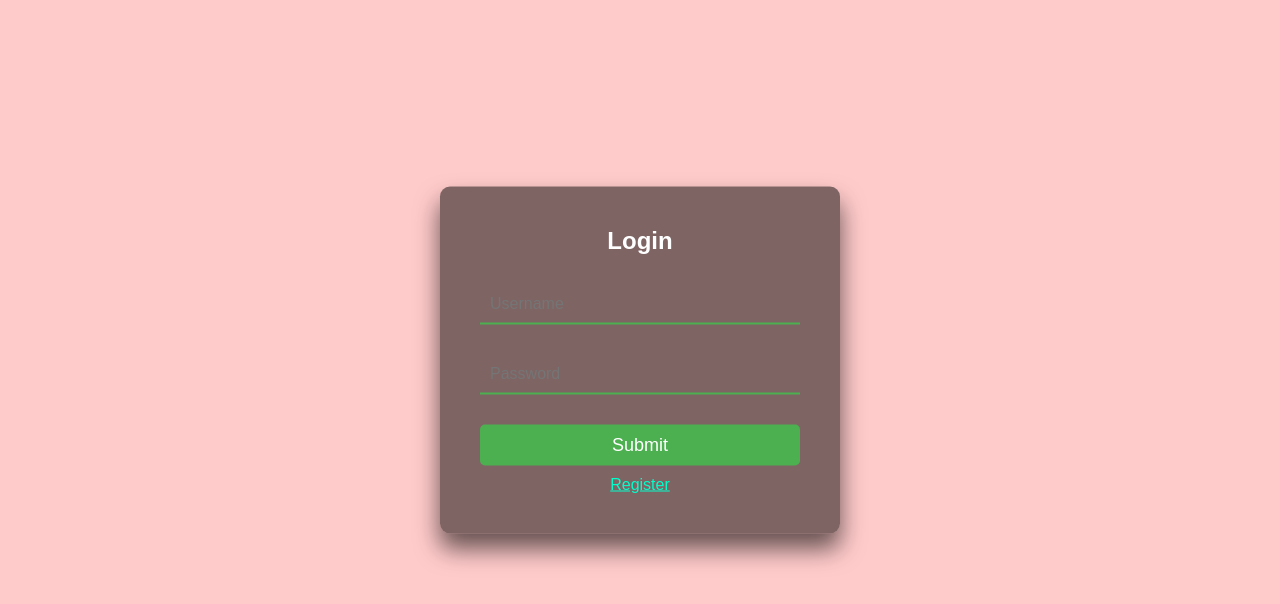
Repository: SRBshakib/Safe-Food---DBMS-project
Page: Organaization/login.html
The author's editor kept a copy of each file at every save. The page is drawn from the files as they stood at one save, then again after the next save.
The browser window is 1280 px wide. The pictures show the whole page.

Above is the page before, as saved 2024-11-10 21:53:50.

### Organaization/login.html
<!DOCTYPE html>
<html lang="en">
<head>
    <meta charset="UTF-8">
    <meta name="viewport" content="width=device-width, initial-scale=1.0">
    <title>Welcome to our organization</title>
    <link rel="stylesheet" href="style_login.css"> <!-- Link to the CSS file -->
</head>
<body>
    <div class="login-box">
        <h2>Login</h2>
        <form>
            <div class="textbox">
                <input type="text" placeholder="Username" required>
            </div>
            <div class="textbox">
                <input type="password" placeholder="Password" required>
            </div>
            <button type="submit" class="btn">Submit</button>
            <p class="register">Register</p>
        </form>
    </div>
</body>
</html>

### Organaization/style_login.css

*{

    margin: 0;
    padding: 0;
    box-sizing: border-box;
    font-family: Arial, sans-serif;
}

body {
    display: flex;
    justify-content: center;
    align-items: center;
    height: 100vh;
    background-color: #ffcaca;
    color: rgb(255, 255, 255);
}

.login-box {
    position: absolute;
    top: 50%;
    left: 50%;
    width: 400px;
    padding: 40px;
    transform: translate(-50%, -50%);
    background: rgba(0, 0, 0, 0.5);
    box-shadow: 0 15px 25px rgba(0, 0, 0, 0.6);
    border-radius: 10px;
    text-align: center;
}

.login-box h2 {
    margin-bottom: 30px;
}

.textbox {
    position: relative;
    margin-bottom: 30px;
    border-bottom: 2px solid #4caf50;
}

.textbox input {
    width: 100%;
    padding: 10px;
    font-size: 16px;
    background: none;
    border: none;
    outline: none;
    color: #fff;
}

.btn {
    display: inline-block;
    width: 100%;
    padding: 10px;
    background: #4caf50;
    border: none;
    outline: none;
    color: #fff;
    font-size: 18px;
    cursor: pointer;
    border-radius: 5px;
    transition: background 0.3s, box-shadow 0.3s;
}

.btn:hover {
    background: #00ffcc;
    box-shadow: 0 0 10px #00ffcc, 0 0 40px #00ffcc, 0 0 80px #00ffcc;
}

.register {
    color: #00ffcc;
    cursor: pointer;
    margin-top: 10px;
    text-decoration: underline;
}

After the next save:
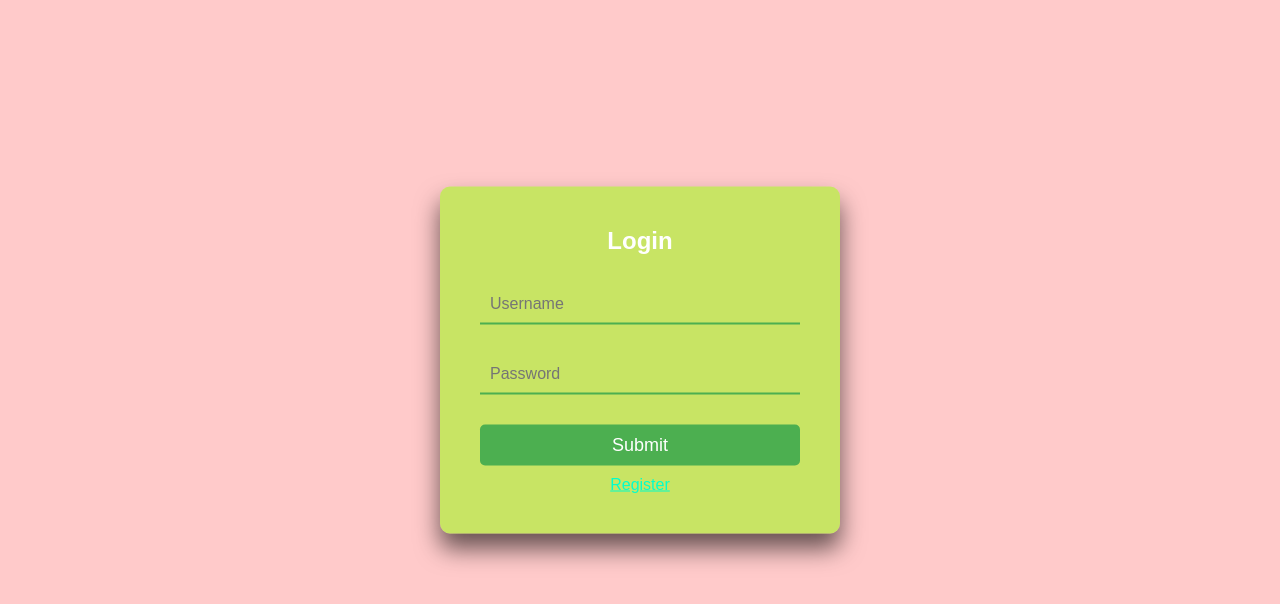
Saved 20 s later.
--- a/Organaization/style_login.css
+++ b/Organaization/style_login.css
@@ -23,7 +23,7 @@ body {
     width: 400px;
     padding: 40px;
     transform: translate(-50%, -50%);
-    background: rgba(0, 0, 0, 0.5);
+    background: rgba(145, 255, 0, 0.5);
     box-shadow: 0 15px 25px rgba(0, 0, 0, 0.6);
     border-radius: 10px;
     text-align: center;
